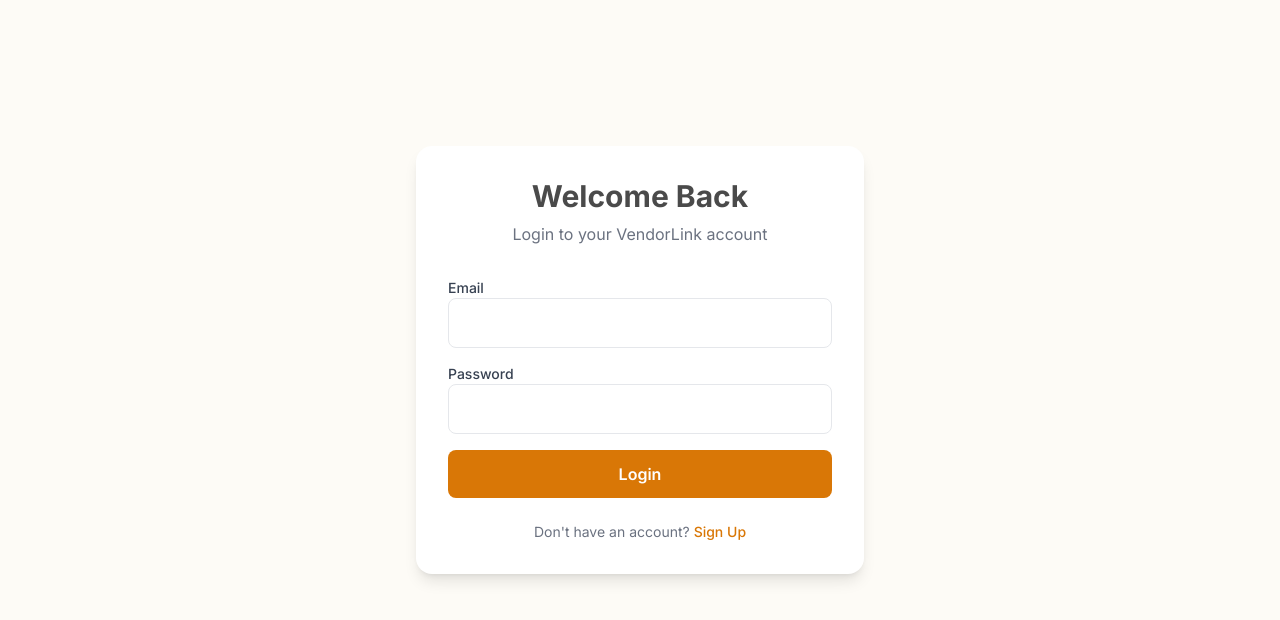
Repository: Omkar0746/VendorLink_Hackathon
Page: VendorLink_Project-main/frontend/login.html
An editor plug-in stored every save of this project. The page is shown before and after the next save, followed by the edit.
The browser window is 1280 px wide. The pictures show the whole page.
Some web libraries are served in a nearby version.

Above is the page before, as saved 2025-11-27 15:41:22.

### VendorLink_Project-main/frontend/login.html
<!DOCTYPE html>
<html lang="en">
<head>
    <meta charset="UTF-8">
    <meta name="viewport" content="width=device-width, initial-scale=1.0">
    <title>Login - VendorLink</title>
    <script src="https://cdn.tailwindcss.com"></script>
    <link href="https://fonts.googleapis.com/css2?family=Inter:wght@400;500;600;700&display=swap" rel="stylesheet">
    <style> body { font-family: 'Inter', sans-serif; } </style>
</head>

<body class="bg-[#FDFBF6] flex items-center justify-center min-h-screen py-12">

    <div class="bg-white p-8 rounded-2xl shadow-lg max-w-md w-full">
        <div class="text-center mb-8">
            <h1 class="text-3xl font-bold text-[#4A4A4A]">Welcome Back</h1>
            <p class="text-gray-500 mt-2">Login to your VendorLink account</p>
        </div>

        <form id="loginForm" class="space-y-4">

            <div>
                <label class="block text-sm font-medium text-gray-700">Email</label>
                <input type="email" id="email" class="w-full p-3 border rounded-lg" required>
            </div>

            <div>
                <label class="block text-sm font-medium text-gray-700">Password</label>
                <input type="password" id="password" class="w-full p-3 border rounded-lg" required>
            </div>

            <button
                type="submit"
                class="w-full bg-amber-600 text-white py-3 rounded-lg font-semibold hover:bg-amber-700">
                Login
            </button>
        </form>

        <p class="text-center text-sm text-gray-500 mt-6">
            Don't have an account?
            <a href="signup.html" class="text-amber-600 font-medium hover:underline">Sign Up</a>
        </p>
    </div>

    <script src="js/login.js"></script>
</body>
</html>

### VendorLink_Project-main/frontend/js/login.js
document.getElementById("loginForm").addEventListener("submit", async (e) => {
    e.preventDefault();

    const email = document.getElementById("email").value;
    const password = document.getElementById("password").value;

    const res = await fetch("http://localhost:5000/api/auth/login", {
        method: "POST",
        headers: { "Content-Type": "application/json" },
        body: JSON.stringify({ email, password })
    });

    const data = await res.json();
    alert(data.message);

    if (data.success) {
        localStorage.setItem("user", JSON.stringify(data.user));
        window.location.href = "profile.html";
    }
});

After the next save:
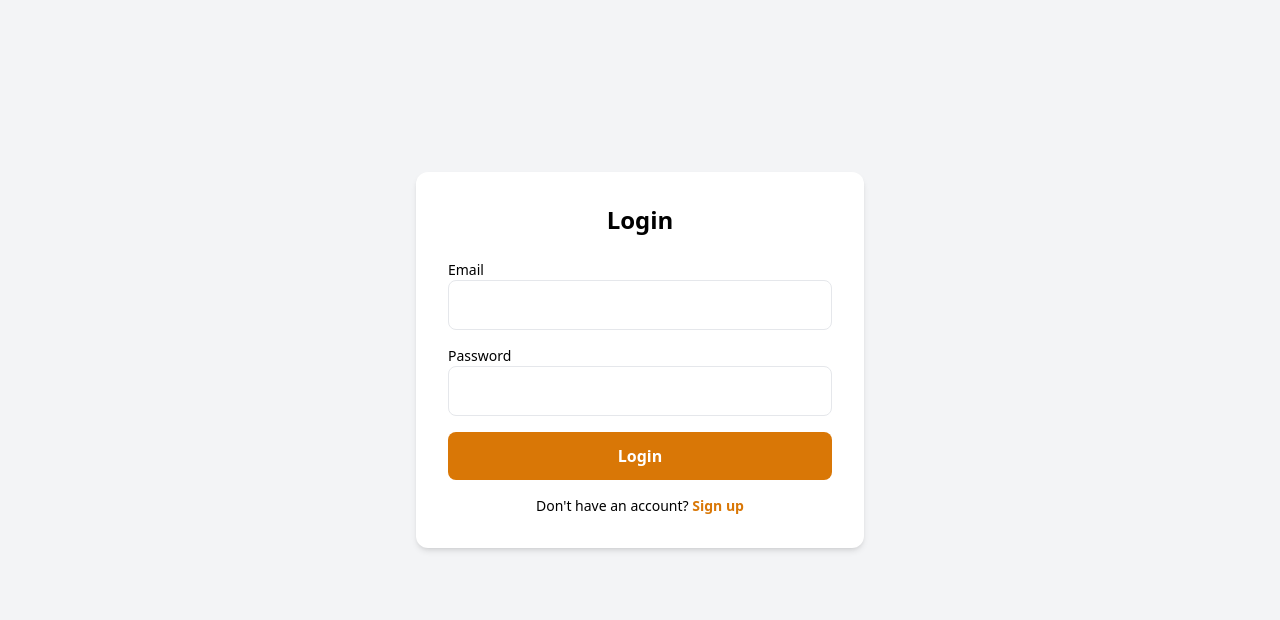
Saved 9 s later.
--- a/VendorLink_Project-main/frontend/login.html
+++ b/VendorLink_Project-main/frontend/login.html
@@ -1,44 +1,41 @@
 <!DOCTYPE html>
 <html lang="en">
 <head>
-    <meta charset="UTF-8">
-    <meta name="viewport" content="width=device-width, initial-scale=1.0">
-    <title>Login - VendorLink</title>
+    <meta charset="UTF-8" />
+    <meta name="viewport" content="width=device-width, initial-scale=1.0" />
+    <title>VendorLink - Login</title>
+
     <script src="https://cdn.tailwindcss.com"></script>
-    <link href="https://fonts.googleapis.com/css2?family=Inter:wght@400;500;600;700&display=swap" rel="stylesheet">
-    <style> body { font-family: 'Inter', sans-serif; } </style>
 </head>
 
-<body class="bg-[#FDFBF6] flex items-center justify-center min-h-screen py-12">
+<body class="bg-gray-100 flex justify-center items-center h-screen">
 
-    <div class="bg-white p-8 rounded-2xl shadow-lg max-w-md w-full">
-        <div class="text-center mb-8">
-            <h1 class="text-3xl font-bold text-[#4A4A4A]">Welcome Back</h1>
-            <p class="text-gray-500 mt-2">Login to your VendorLink account</p>
-        </div>
+    <div class="bg-white p-8 rounded-xl shadow-md w-full max-w-md">
+        <h2 class="text-2xl font-bold text-center mb-6">Login</h2>
 
         <form id="loginForm" class="space-y-4">
 
             <div>
-                <label class="block text-sm font-medium text-gray-700">Email</label>
-                <input type="email" id="email" class="w-full p-3 border rounded-lg" required>
+                <label class="block text-sm font-medium">Email</label>
+                <input id="email" type="email" class="w-full p-3 border rounded-lg" required />
             </div>
 
             <div>
-                <label class="block text-sm font-medium text-gray-700">Password</label>
-                <input type="password" id="password" class="w-full p-3 border rounded-lg" required>
+                <label class="block text-sm font-medium">Password</label>
+                <input id="password" type="password" class="w-full p-3 border rounded-lg" required />
             </div>
 
             <button
                 type="submit"
-                class="w-full bg-amber-600 text-white py-3 rounded-lg font-semibold hover:bg-amber-700">
+                class="w-full bg-amber-600 text-white p-3 rounded-lg font-semibold">
                 Login
             </button>
+
         </form>
 
-        <p class="text-center text-sm text-gray-500 mt-6">
+        <p class="text-center mt-4 text-sm">
             Don't have an account?
-            <a href="signup.html" class="text-amber-600 font-medium hover:underline">Sign Up</a>
+            <a href="signup.html" class="text-amber-600 font-semibold">Sign up</a>
         </p>
     </div>
 
